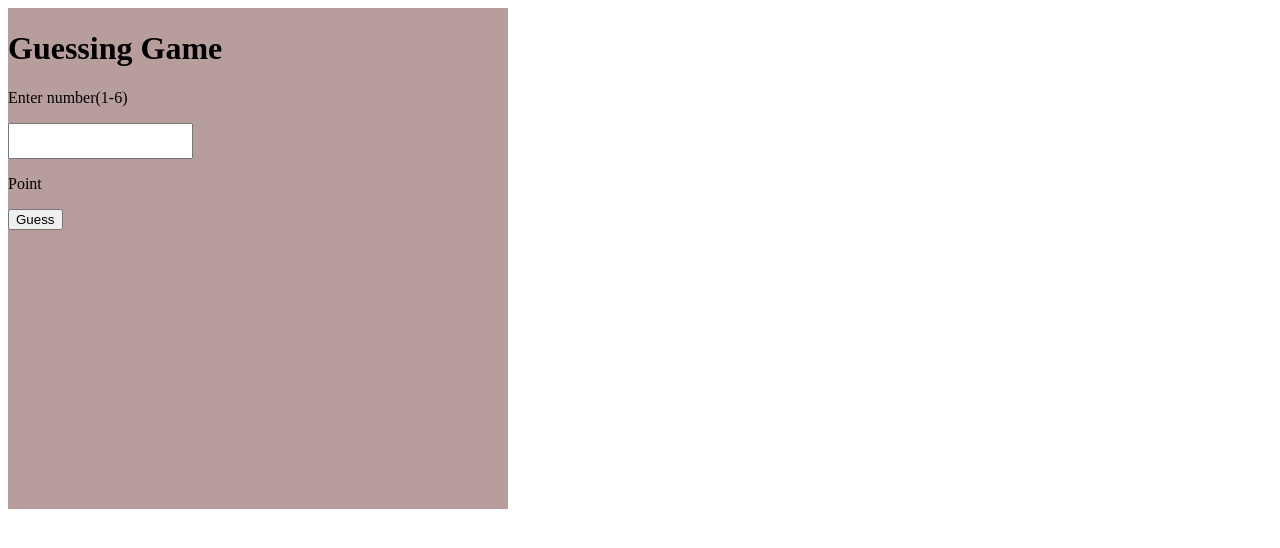
Repository: sedashahnazaryan/Guessing-Game
Page: index.html
The author's editor kept a copy of each file at every save. The page is drawn from the files as they stood at one save, then again after a run of saves.
The browser window is 1280 px wide. The pictures show the whole page.

Above is the page before, as saved 2022-02-23 19:31:41.

### index.html
<!DOCTYPE html>
<html lang="en">
<head>
    <meta charset="UTF-8">
    <meta http-equiv="X-UA-Compatible" content="IE=edge">
    <meta name="viewport" content="width=device-width, initial-scale=1.0">
    <link rel="stylesheet" href="./index.css">
    <title>Gueess Game</title>
</head>
<body>
    <div class="container">
        <h1 class="Guessing">Guessing Game</h1>
     <p class="enter">Enter number(1-6)</p>
<input id="num" type="text">
     <p class="p">Point</p>
     <button id="button">Guess</button>
     <div class="table" id="show-text"></div>
    </div>
 <script src="./index.js"></script>
</body>
</html>

### index.css
.container{

    background-color: #b89d9d;
    height: 500px;
    width: 500px;
    padding-top:1px;
}
#num{
height: 30px;
}

Loaded but not shown: index.js (no copy from this time; the picture is the same without it)

After the next 6 saves:
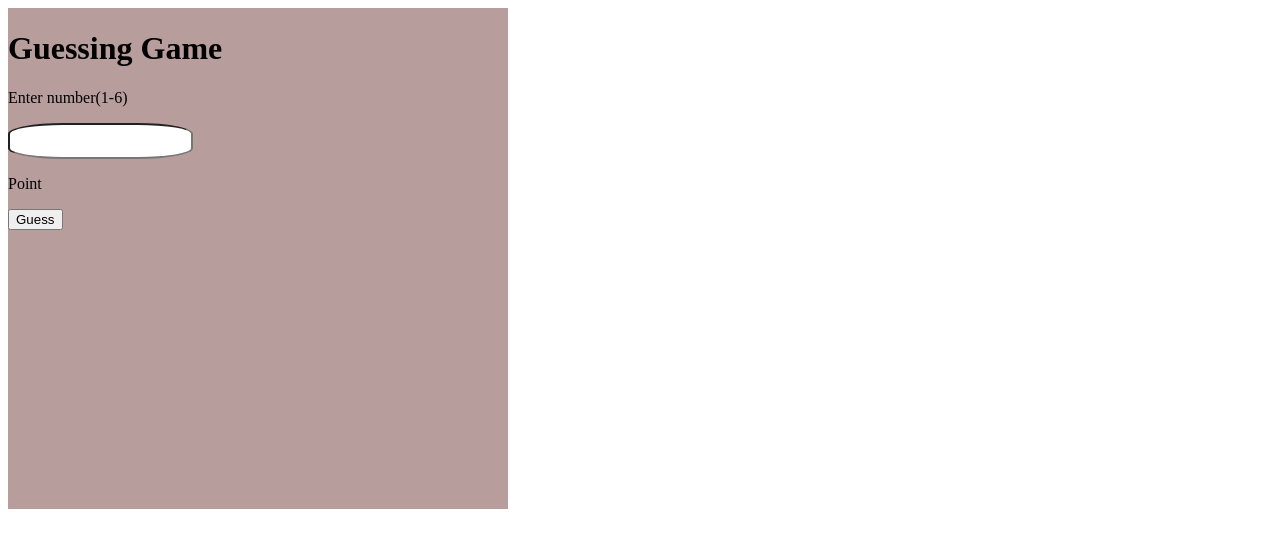
The 6 saves are shown as one change because they came seconds apart.
The last was saved 35 s later.
--- a/index.css
+++ b/index.css
@@ -7,4 +7,5 @@
 }
 #num{
 height: 30px;
+border-radius: 30%;
 }

After the save that followed:
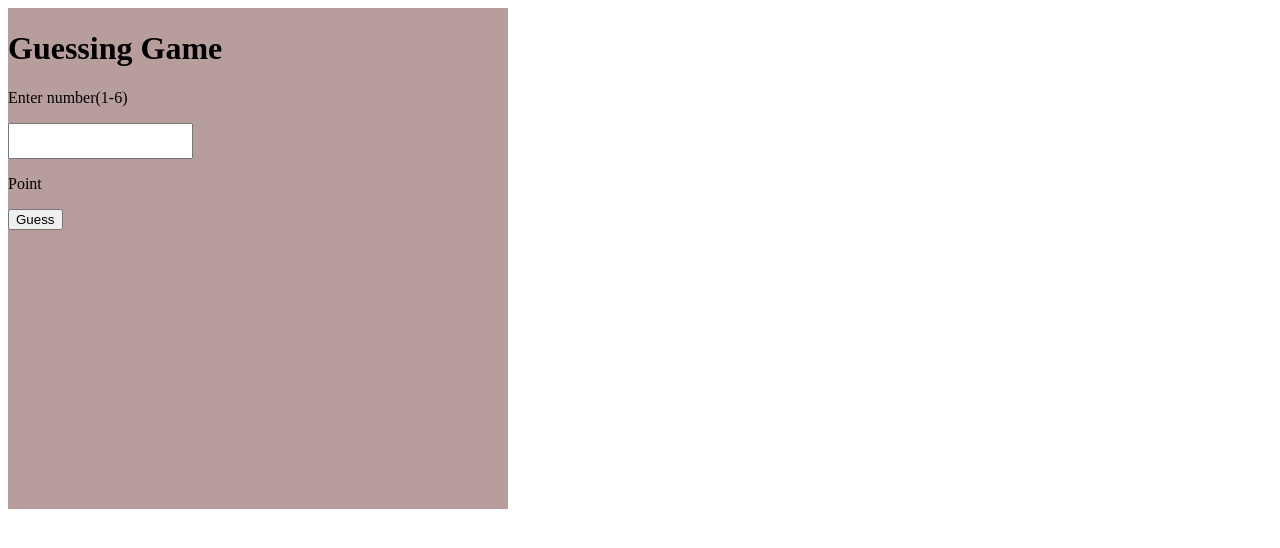
Saved 4 s later.
--- a/index.css
+++ b/index.css
@@ -7,5 +7,5 @@
 }
 #num{
 height: 30px;
-border-radius: 30%;
+border-radius: %;
 }
